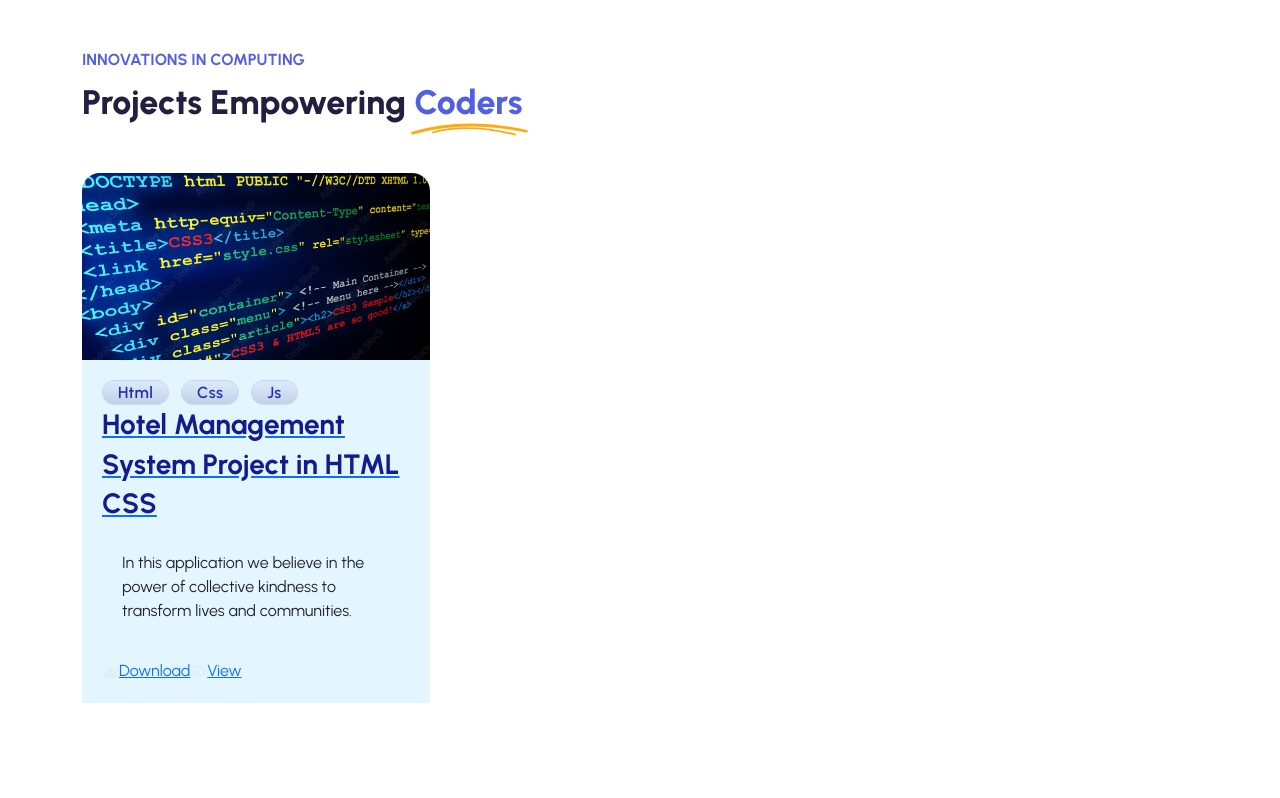
Repository: sharma171/jtccreativeideas
Page: /newsection (app in nextjssite/)
These files come from the project's save history. The page is drawn as it stood at one moment and after the next save; the edit follows.
The browser window is 1280 px wide. The pictures show the whole page.
The project was rebuilt for these pictures with package versions that can differ from the ones it lists, and the page was loaded fresh each time. The framework's server and built-in components were replaced by stand-ins that run in the browser. Also part of the build but not shown: nextjssite/next.config.mjs.

Above is the page before, as saved 2024-03-28 14:10:20.

After the next save:
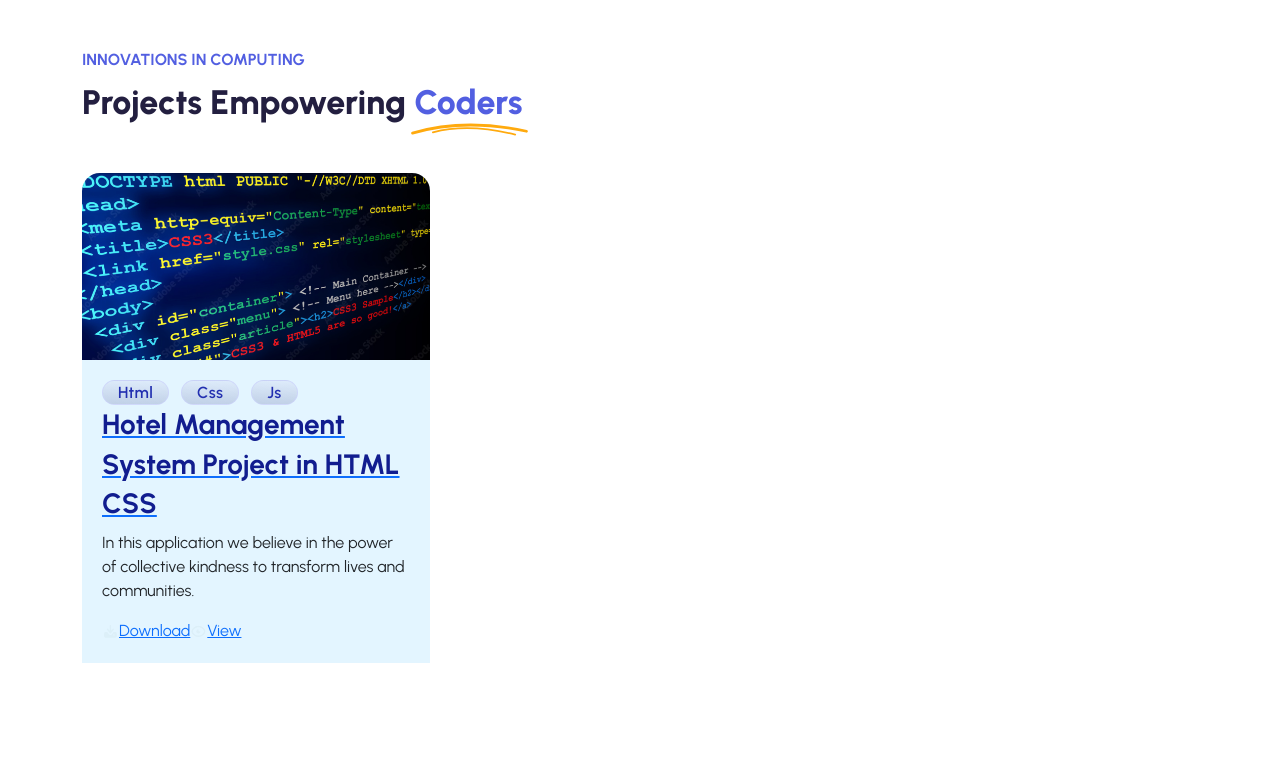
Saved 22 s later.
--- a/nextjssite/src/app/newsection/page.jsx
+++ b/nextjssite/src/app/newsection/page.jsx
@@ -34,7 +34,7 @@ const Page = () => {
                                         Hotel Management System Project in HTML CSS
                                     </h3>
                                     </Link>
-                                    <p className="info">
+                                    <p className="cardpara">
                                         In this application we believe in the power of collective kindness to transform lives and communities.
                                     </p>
                                     <div className="card-button">
